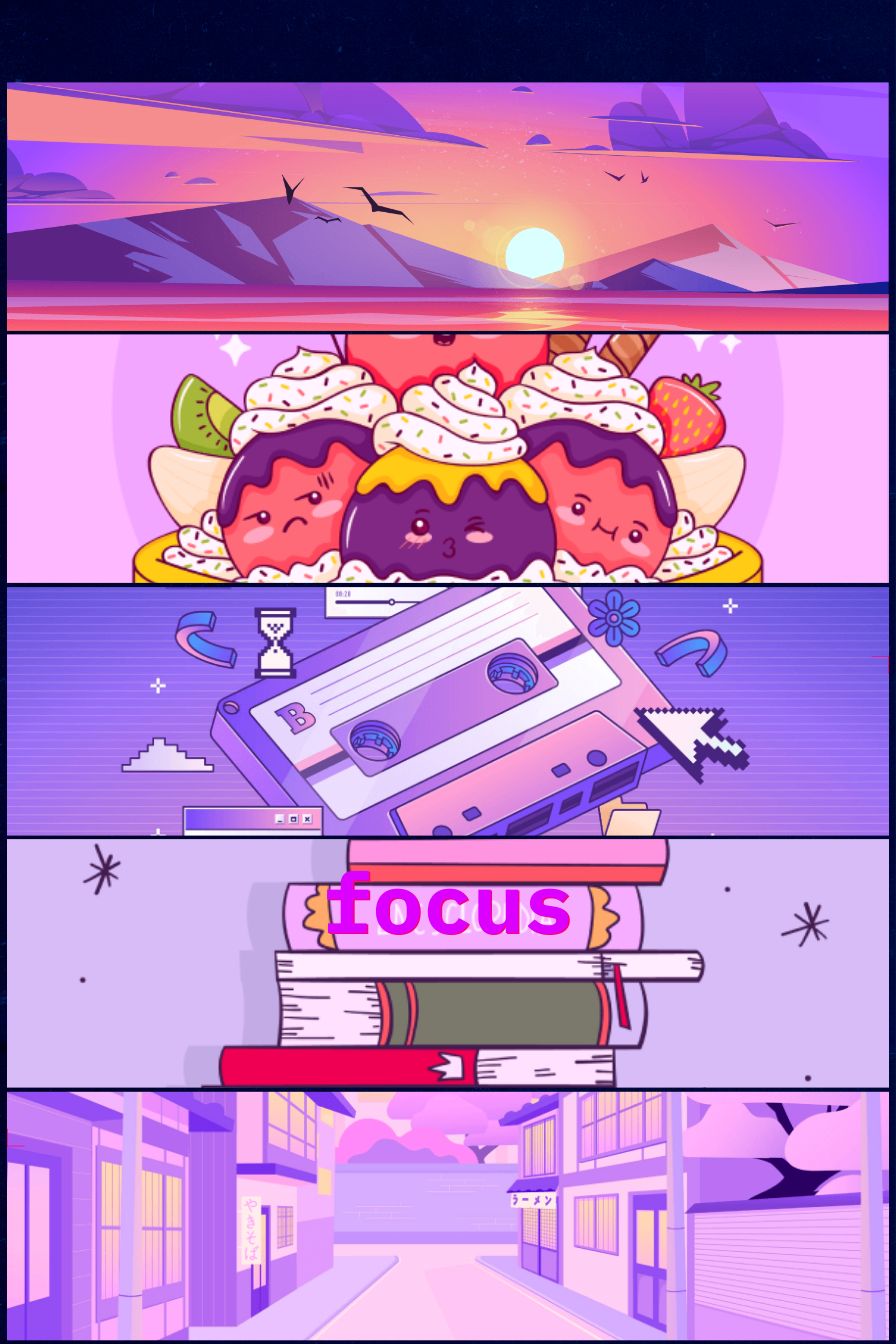
Repository: NikWolf75/slozhno-sosredotochitsya-fd
Page: index.html
These files come from the project's save history. The page is drawn as it stood at one moment and after the next save; the edit follows.
The browser window is 1280 px wide. The pictures show the part of the page from y = 2494 to 4414 px (the page is 4414 px tall), at 70% of full size.
Backgrounds fixed to the window are drawn as part of the page.

Above is the page before, as saved 2025-02-27 11:43:56.

After the next save:
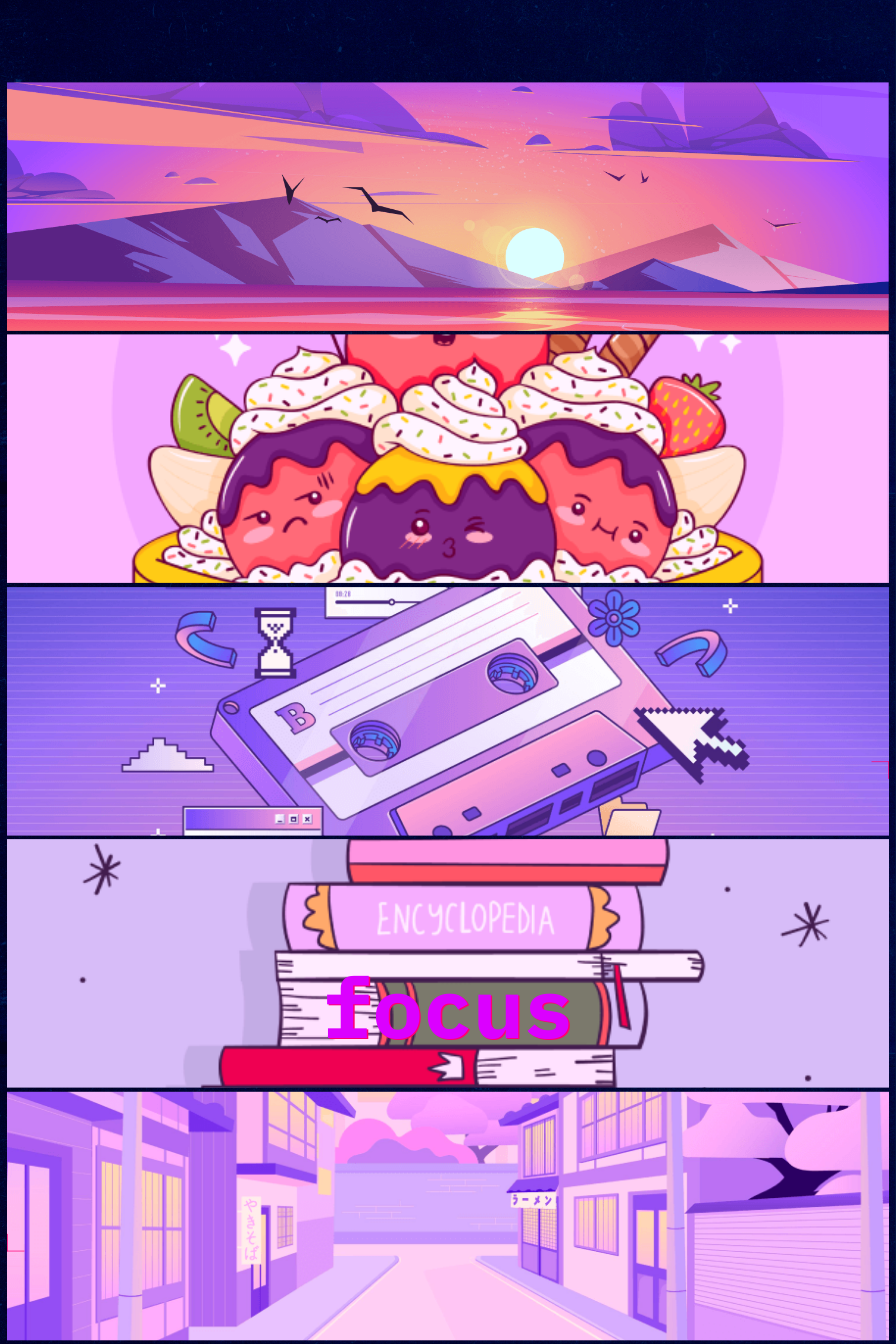
Saved 8 s later.
--- a/styles/style.css
+++ b/styles/style.css
@@ -188,7 +188,7 @@
 
 .content__gallery {
   display: grid;
-  grid-template-rows: 150px 355px 100px 355px;
+  grid-template-rows: 150px 355px 250px 355px;
   gap: 0;
   margin: 0;
 }
